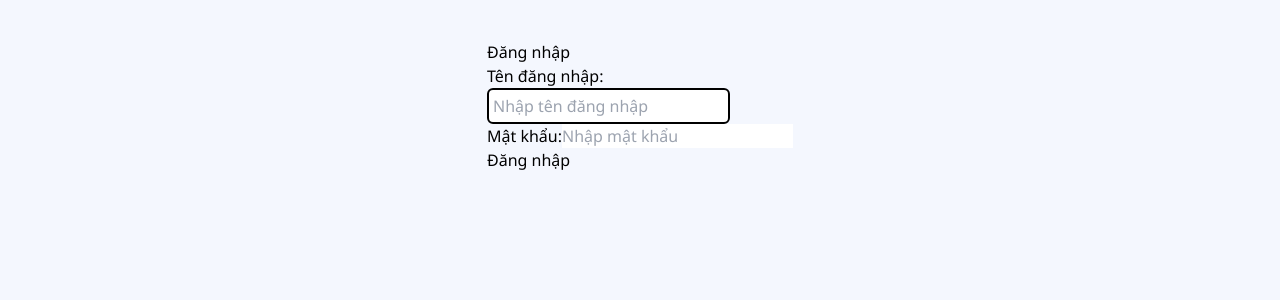
Repository: phuc258/BTVN03-REACT03
Page: /login
These files come from the project's save history. The page is drawn as it stood at one moment and after a run of saves; the edit follows.
The browser window is 1280 px wide. The pictures show the whole page.
The project was rebuilt for these pictures with package versions that can differ from the ones it lists, and the page was loaded fresh each time. Also part of the build but not shown: vite.config.ts, src/pages/NotFoundPage.tsx, src/pages/TodoPage.tsx, src/routes/PrivateRoute.tsx.

Above is the page before, as saved 2026-01-18 23:43:14.

After the next 3 saves:
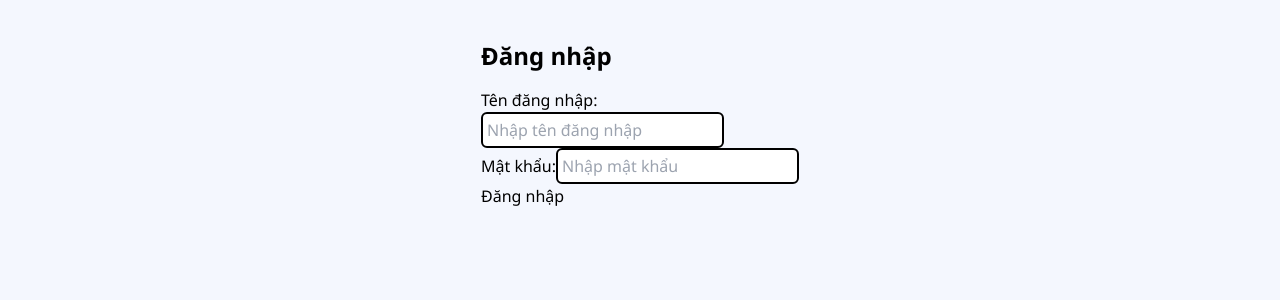
The 3 saves are shown as one change because they came seconds apart.
The last was saved 14 s later.
--- a/src/pages/LoginPage.tsx
+++ b/src/pages/LoginPage.tsx
@@ -20,7 +20,7 @@ const LoginPage: React.FC = () => {
 
     return (
         <div className="">
-            <h1>Đăng nhập</h1>
+            <h1 className="text-2xl font-bold mb-4">Đăng nhập</h1>
             <form onSubmit={handleSubmit}>
                 <div>
                     <label>Tên đăng nhập:</label><br></br>
@@ -35,6 +35,7 @@ const LoginPage: React.FC = () => {
                 <div>
                     <label>Mật khẩu:</label>
                     <input
+                        className="border-black border-2 rounded-md p-1"
                         type="password"
                         placeholder="Nhập mật khẩu"
                         value={password}
